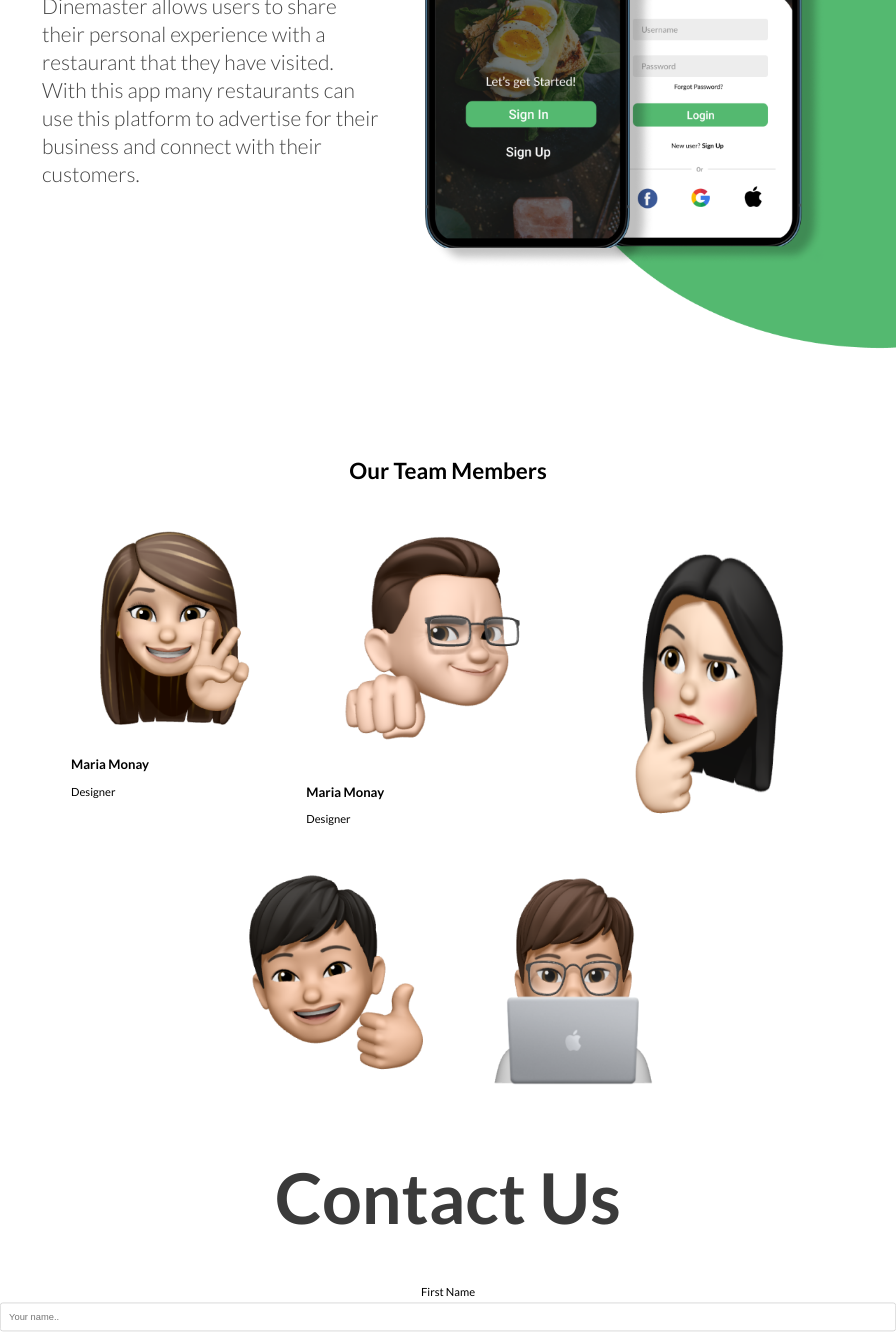
Repository: leahma1208/dinemaster
Page: index.html
The author's editor kept a copy of each file at every save. The page is drawn from the files as they stood at one save, then again after the next save.
The browser window is 1280 px wide. The pictures show the part of the page from y = 3587 to 5507 px (the page is 6059 px tall), at 70% of full size.
A picture or video elsewhere on the page could not be fetched, so the positions and the page height are approximate.

Above is the page before, as saved 2021-05-07 12:29:45.

After the next save:
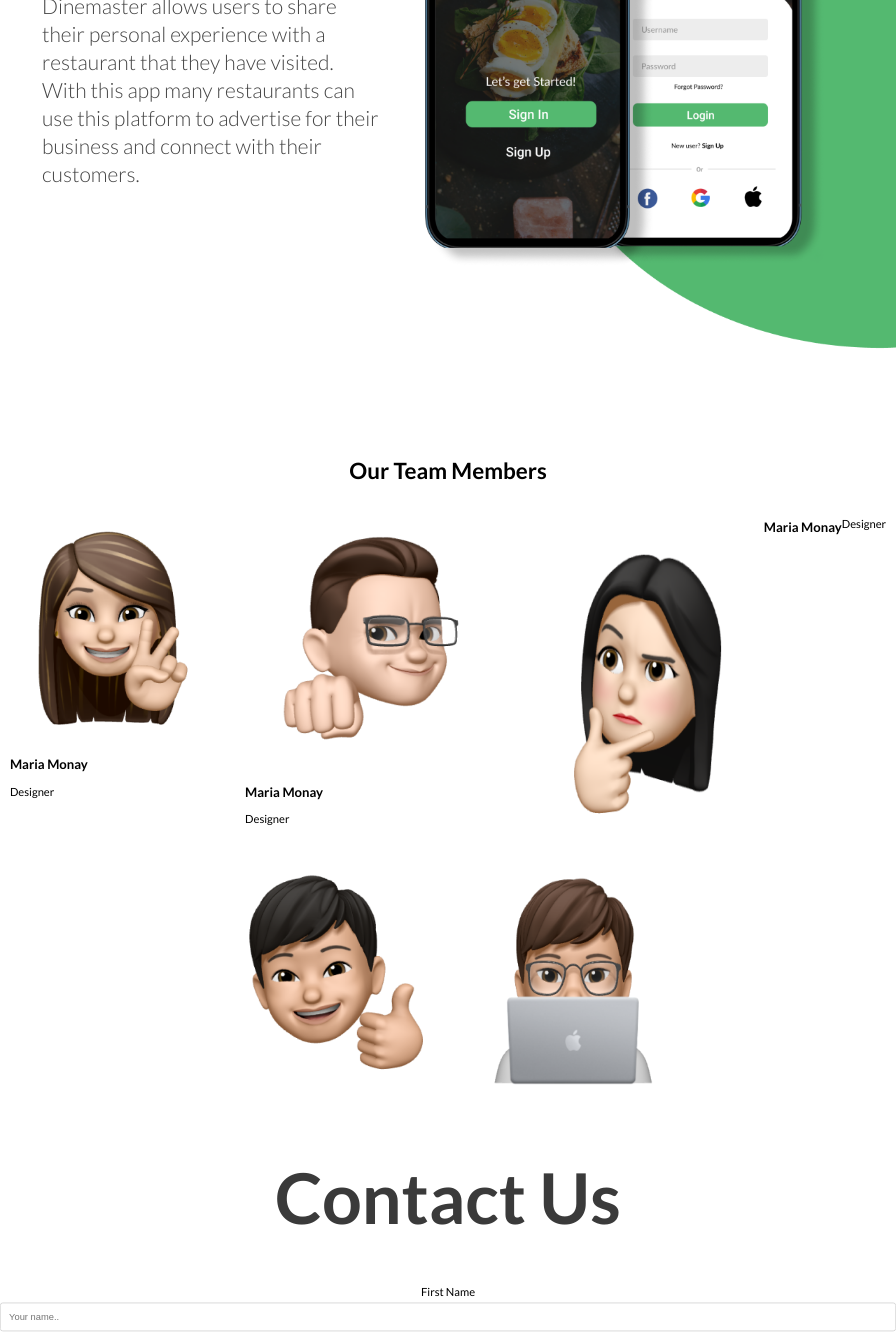
Saved 13 s later.
--- a/index.html
+++ b/index.html
@@ -93,7 +93,7 @@
             <div class="img1">
                 <div><img src="/img/image 4.png" alt="Maria Monay"><h3>Maria Monay</h3><p>Designer</p></div>
                 <div><img src="/img/image 5.png" alt="Lance Bulseco"><h3>Maria Monay</h3><p>Designer</p></div>
-                <img src="/img/39f8df7f1b6dbd378f3a219a0ab0f1ef-sticker 1.png" alt="Leah Ma">
+                <img src="/img/39f8df7f1b6dbd378f3a219a0ab0f1ef-sticker 1.png" alt="Leah Ma"><h3>Maria Monay</h3><p>Designer</p>
             </div>
             <div class="img2">
                 <img src="/img/2f48eec3970b26064700bd96f6fee4a5-sticker 1.png" alt="Justin Tsen">
